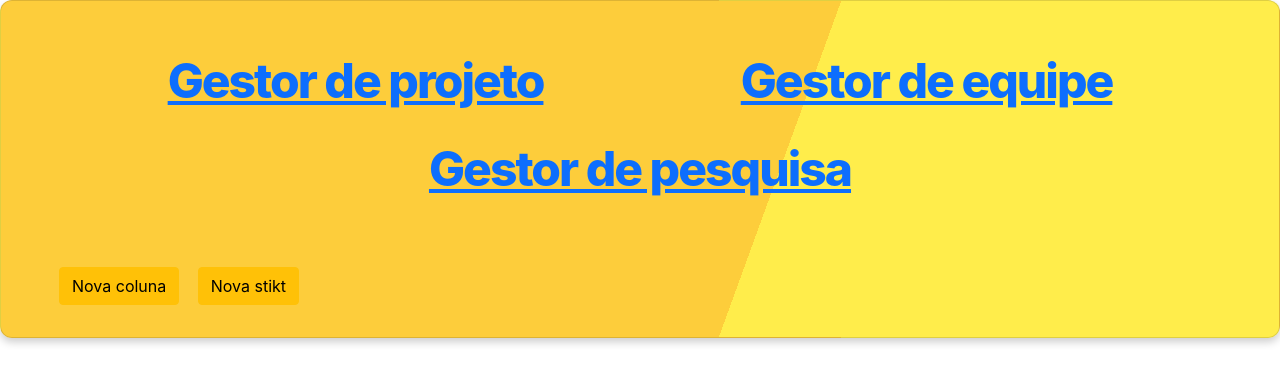
Repository: shadowruge/kanban
Page: index.html
These files come from the project's save history. The page is drawn as it stood at one moment and after the next save; the edit follows.
The browser window is 1280 px wide. The pictures show the whole page.

Above is the page before, as saved 2021-06-12 19:55:32.

### index.html
<!DOCTYPE html>
<html lang="en">
  <head>
    <meta charset="UTF-8" />
    <meta http-equiv="X-UA-Compatible" content="IE=edge" />
    <meta name="viewport" content="width=device-width, initial-scale=1.0" />
    <script src="https://cdn.jsdelivr.net/npm/@popperjs/core@2.9.2/dist/umd/popper.min.js" integrity="sha384-IQsoLXl5PILFhosVNubq5LC7Qb9DXgDA9i+tQ8Zj3iwWAwPtgFTxbJ8NT4GN1R8p" crossorigin="anonymous"></script>
<script src="https://cdn.jsdelivr.net/npm/bootstrap@5.0.1/dist/js/bootstrap.min.js" integrity="sha384-Atwg2Pkwv9vp0ygtn1JAojH0nYbwNJLPhwyoVbhoPwBhjQPR5VtM2+xf0Uwh9KtT" crossorigin="anonymous"></script>

    <script src="https://cdn.jsdelivr.net/npm/bootstrap@5.0.1/dist/js/bootstrap.bundle.min.js" integrity="sha384-gtEjrD/SeCtmISkJkNUaaKMoLD0//ElJ19smozuHV6z3Iehds+3Ulb9Bn9Plx0x4" crossorigin="anonymous"></script>
    <link href="https://cdn.jsdelivr.net/npm/bootstrap@5.0.1/dist/css/bootstrap.min.css" rel="stylesheet" integrity="sha384-+0n0xVW2eSR5OomGNYDnhzAbDsOXxcvSN1TPprVMTNDbiYZCxYbOOl7+AMvyTG2x" crossorigin="anonymous">
    <link rel="stylesheet" href="style.css" />
    <script src="index.js"></script>
    <title id="Description">Shadow Kanban</title>
  </head>

  <header>

  </header>

  <body>
    <div class="card-holder">
  <div class="card bg-gold">
    <nav class="nav">
      <p><a href="#">Gestor de projeto</a></p>
      <p><a href="#">Gestor de equipe</a></p>
      <p><a href="#">Gestor de pesquisa</a></p>
    </nav>
    <!--botão-->

  <button type="button" class="btn btn-warning">Nova coluna</button>

  <button type="button" class="btn btn-warning">Nova stikt</button>
  <div class="Linha" style="width:600px;">
    <!-- RECEBE DIVS DINAMICAS -->
    </div>
  </div>

  </div>
  </body>
  <script>

  </script>
</html>

### style.css
* {
  margin: 0;
  padding: 0;
  border: 0;
}

header{
  background-color:white;
}

.body {
  font-size: 15px;
}


.card {
  font-family: -apple-system, BlinkMacSystemFont, 'Open Sans', sans-serif;
  font-size: 3em;
  font-weight: 800;
  height: 4em;
  width: 64em;
  padding: 0.5em 1em;
  border-radius: 0.25em;
  display: table-cell;
  vertical-align: middle;
  letter-spacing: -2px;
  box-shadow: 0 4px 8px 0 rgba(0,0,0,0.2);
}

.bg-gold {
  background: -webkit-linear-gradient(110deg, #fdcd3b 60%, #ffed4b 60%);
  background: -o-linear-gradient(110deg, #fdcd3b 60%, #ffed4b 60%);
  background: -moz-linear-gradient(110deg, #fdcd3b 60%, #ffed4b 60%);
  background: linear-gradient(110deg, #fdcd3b 60%, #ffed4b 60%);
}


#kanban {

  width: 97%;
  color: white;
  text-align: center;
  display: flex;
  flex-wrap: wrap;
}

.nav {

  padding: 20px;
  display: flex;
  justify-content: space-around;
  flex-wrap: wrap;
}

.ideias,
.pesquisa,
.progresso,
.testes,
.pronto {
  margin-top: 5px;
  margin-left: auto;
}

.membros,
.membros-lideres {
  margin-left: 150px;
}

.d-flex {
  display: flex !important;
}

.flex-column {
  flex-direction: column !important;
}

.board {
  padding: 20px;
}

.board-column {
  margin-left: 20px;
}

.column-body {
  margin-top: 2em;
}

.card textarea {
  resize: none;
}

.sticker {
  width: 180px;
  height: 180px;
  }

  button {
  margin-top: 10px;
  margin-left: 10px;
  }

### index.js
function dragStartHandler(ev) {
  ev.dataTransfer.setData("application/my-app", ev.target.id);
  ev.dataTransfer.effectAllowed = "move";
}

function dragCardStart(e) {
  console.log(e);
}

function dragOvertHandler(ev) {
  ev.preventDefault();
  ev.dataTransfer.dropEffect = "move";
}

function dropHandler(ev) {
  ev.preventDefault();
  const data = ev.dataTransfer.getData("application/my-app");
  ev.target.appendChild(document.getElementById(data));
}

function handleInputKeys({ key }) {
  switch (key) {
    case "Enter":
      break;

    default:
      break;
  }
}

const onInputClick = (e) => {
  e.preventDefault();
  e.stopPropagation();
  e.target.disabled = false;
  e.target.focus();
};

const onInputLostFocus = (e) => {
  console.log(e);
  e.target.disabled = true;
};

function addNewCard(e) {
  //   console.log(e);
  //   console.log(column);
  //   console.log(body);
  //   console.log(body.children);
  //   console.log(body.children[0].getAttributeNames());
  const [, , , column] = e.path;
  const [, body] = column.children;
  const addButton = body.children[body.children.length - 1];
  const card = document.createElement("div");
  const input = document.createElement("textarea");
  input.cols = 30;
  input.rows = 10;
  input.disabled = true;
  card.appendChild(input);
  card.classList.add("card");
  card.draggable = "true";
  card.addEventListener("click", onInputClick);
  card.addEventListener("focusout", onInputLostFocus);
  card.addEventListener("dragstart", dragCardStart);
  body.removeChild(addButton);
  body.appendChild(card);
  body.appendChild(addButton);
}

After the next save:
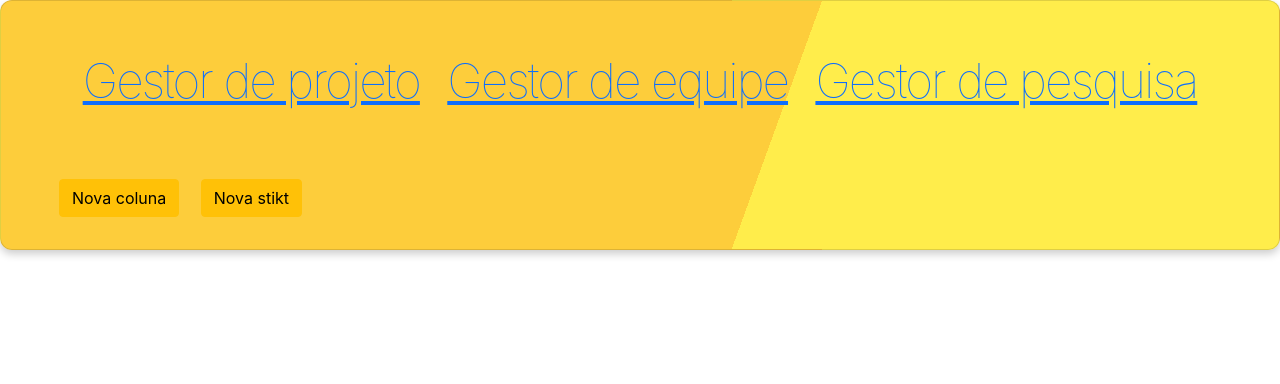
Saved 18 s later.
--- a/style.css
+++ b/style.css
@@ -16,7 +16,7 @@ header{
 .card {
   font-family: -apple-system, BlinkMacSystemFont, 'Open Sans', sans-serif;
   font-size: 3em;
-  font-weight: 800;
+  font-weight: 100;
   height: 4em;
   width: 64em;
   padding: 0.5em 1em;
